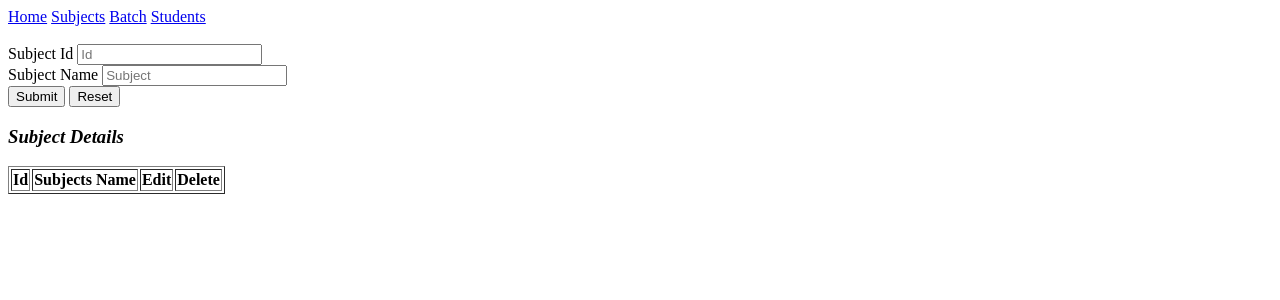
Repository: shubhamsingh331/Learners_Academy
Page: http://localhost/LearnersAcademy/Subjects/Subject.jsp
The author's editor kept a copy of each file at every save. The page is drawn from the files as they stood at one save, then again after a run of saves.
The browser window is 1280 px wide. The pictures show the whole page.
The page is served by Tomcat 9. Other server files are loaded and not shown. Queries for data that is not in the repository find no rows.

Above is the page before, as saved 2023-10-09 12:47:23.

### LearnersAcademy/src/main/webapp/Subjects/Subject.jsp
<%@ page language="java" contentType="text/html; charset=ISO-8859-1"
    pageEncoding="ISO-8859-1"%>
<!DOCTYPE html>
<html>
<head>
<meta charset="ISO-8859-1">
<title>Insert title here</title>
</head>
<body>
<div class="topnav">
  <a class="active" href="#home">Home</a>
  <a href="Subject.jsp">Subjects</a>
  <a href="#contact">Batch</a>
  <a href="#about">Students</a>
</div>
<br>
<form action="AddSubjects.jsp" method="post">
Subject Id <input type="text" placeholder="Id" name="id"><br>
Subject Name <input type="text" placeholder="Subject" name="subname"><br>
<input type="submit" value="Submit">
<input type="reset" value="Reset">
</form>

<%@include file="Subdisplay.jsp" %>
</body>
</html>

### LearnersAcademy/src/main/webapp/Subjects/Subdisplay.jsp
<%@page import="subjects.SubjectsDAO"%>
<%@page import="subjects.SubjectsPojo" %>
<%@page import="java.util.*" %>
<%@ page language="java" contentType="text/html; charset=ISO-8859-1"
    pageEncoding="ISO-8859-1"%>
<!DOCTYPE html>
<html>
<head>
<meta charset="ISO-8859-1">
<title>Insert title here</title>
</head>
<body>
<h3><i>Subject Details</i></h3>
<table border="1">
<tr><th>Id</th><th>Subjects Name</th><th>Edit</th><th>Delete</th></tr>
<%
SubjectsDAO dao = new SubjectsDAO();
List<SubjectsPojo> list = dao.display();
for(SubjectsPojo s:list){%>
	<tr><td><%=s.getSubid() %></td><td><%=s.getSubname()%></td><td><a href=SubEdit.jsp?id=<%=s.getSubid()%>>Edit</a></td><td><a href=SubDelete.jsp?id=<%=s.getSubid()%>>Delete</a></td></tr>
	<%} %>
</table>
</body>
</html>

### LearnersAcademy/src/main/java/subjects/SubjectsDAO.java
package subjects;

import java.sql.Connection;
import java.sql.PreparedStatement;
import java.sql.ResultSet;
import java.sql.SQLException;
import java.util.ArrayList;
import java.util.List;

import DBUtil.DbUtil;

public class SubjectsDAO {
	public int insert(SubjectsPojo subject) throws ClassNotFoundException, SQLException {
		Connection con = DbUtil.dbcon();
		String sql = "insert into subjects values(?,?)";
		PreparedStatement ps = con.prepareStatement(sql);
		ps.setInt(1, subject.getSubid());
		ps.setString(2, subject.getSubname());
		return ps.executeUpdate();
	}

	public int update(SubjectsPojo subject) throws ClassNotFoundException, SQLException {
		Connection con = DbUtil.dbcon();
		String sql = "update subjects set subname = ? where id = ?";
		PreparedStatement ps = con.prepareStatement(sql);
		ps.setInt(2, subject.getSubid());
		ps.setString(1, subject.getSubname());
		return ps.executeUpdate();
	}

	public int delete(SubjectsPojo subject) throws ClassNotFoundException, SQLException {
		Connection con = DbUtil.dbcon();
		String sql = "delete from subjects where id = ?";
		PreparedStatement ps = con.prepareStatement(sql);
		ps.setInt(1, subject.getSubid());
		return ps.executeUpdate();
	}

	public List<SubjectsPojo> display() throws ClassNotFoundException, SQLException{
		Connection con = DbUtil.dbcon();

		List<SubjectsPojo> list = new ArrayList<SubjectsPojo>();
		String sql = "select * from subjects";
		PreparedStatement ps = con.prepareStatement(sql);
		ResultSet rs = ps.executeQuery();
		while(rs.next()) {
			SubjectsPojo subject = new SubjectsPojo();
			subject.setSubid(rs.getInt(1));
			subject.setSubname(rs.getString(2));
			list.add(subject);

		}
		return list;
	}

}

### LearnersAcademy/src/main/java/DBUtil/DbUtil.java
package DBUtil;

import java.sql.Connection;
import java.sql.DriverManager;
import java.sql.SQLException;

public class DbUtil {
	public static final String DRIVER_CLASS="com.mysql.jdbc.Driver";
	public static final String DB_URL="jdbc:mysql://localhost:3306/StudentManagement";
	public static final String USERNAME = "root";
	public static final String PASSWORD = "123456";
	public static Connection dbcon() throws ClassNotFoundException, SQLException {
		Class.forName(DRIVER_CLASS);

		Connection con = DriverManager.getConnection(DB_URL, USERNAME, PASSWORD);

		return con;

}

}

Loaded but not shown: LearnersAcademy/src/main/webapp/navigation.jsp (common file)

After the next 4 saves:
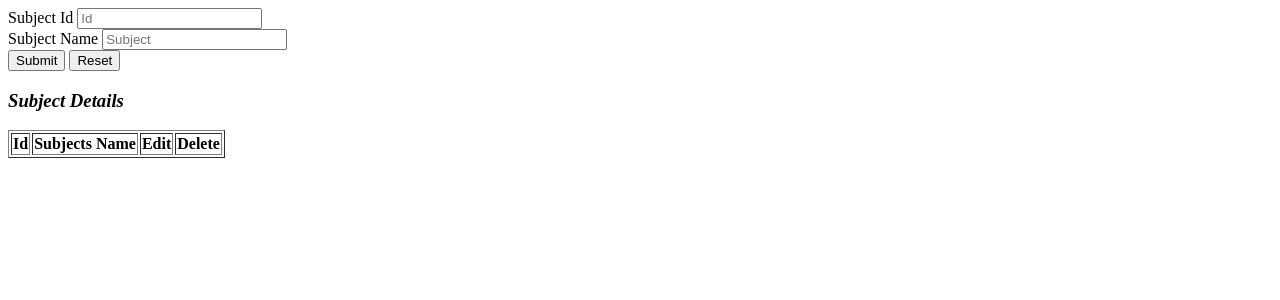
The 4 saves are shown as one change because 3 did not build or start.
The last was saved 5 min 38 s later.
--- a/LearnersAcademy/src/main/webapp/Subjects/Subject.jsp
+++ b/LearnersAcademy/src/main/webapp/Subjects/Subject.jsp
@@ -7,13 +7,7 @@
 <title>Insert title here</title>
 </head>
 <body>
-<div class="topnav">
-  <a class="active" href="#home">Home</a>
-  <a href="Subject.jsp">Subjects</a>
-  <a href="#contact">Batch</a>
-  <a href="#about">Students</a>
-</div>
-<br>
+<jsp:include page="/navigation.jsp"></jsp:include>
 <form action="AddSubjects.jsp" method="post">
 Subject Id <input type="text" placeholder="Id" name="id"><br>
 Subject Name <input type="text" placeholder="Subject" name="subname"><br>
